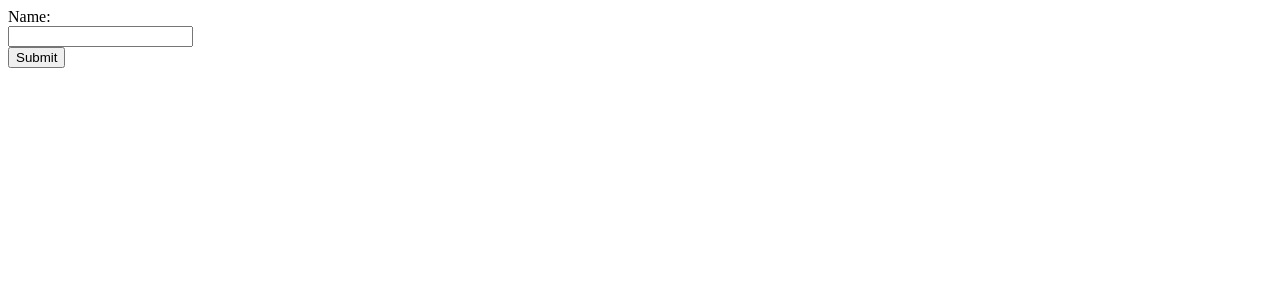
Repository: kua23/springboot
Page: amazon/amazon/src/main/resources/index.html
These files come from the project's save history. The page is drawn as it stood at one moment and after the next save; the edit follows.
The browser window is 1280 px wide. The pictures show the whole page.

Above is the page before, as saved 2025-04-14 00:42:01.

After the next save:
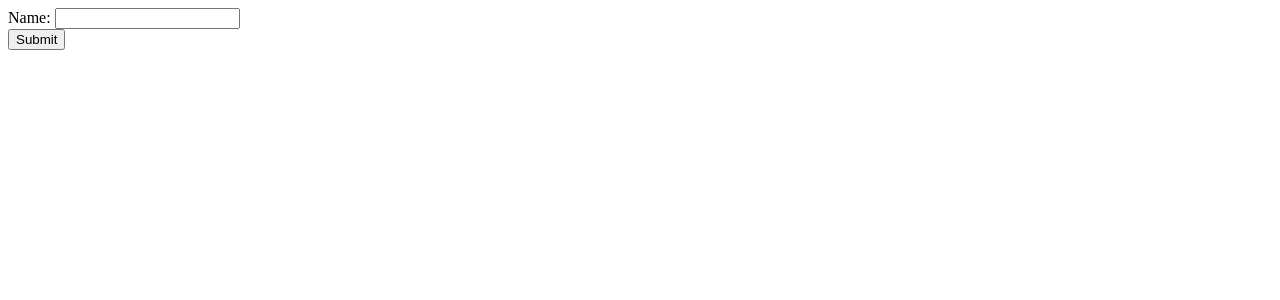
Saved 51 s later.
--- a/amazon/amazon/src/main/resources/index.html
+++ b/amazon/amazon/src/main/resources/index.html
@@ -6,7 +6,7 @@
 </head>
 <body>
 <form action="http://localhost:8080/customers" method = "POST">
-	<label for="message"> Name: </label><br>
+	<label for="message"> Name: </label>
 	<input type="text" id="name" name="name"><br>
 	<button type="Submit">Submit</button>
 </form>
